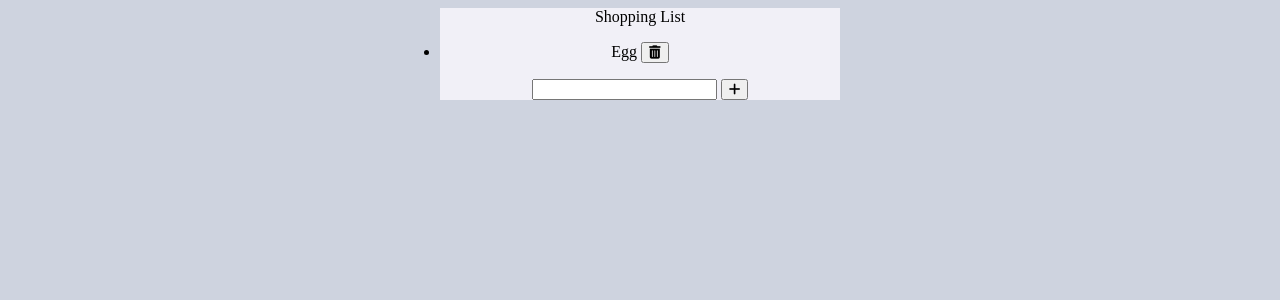
Repository: rumor1993/DreamCoding-Browser101
Page: Chapter05/index.html
These files come from the project's save history. The page is drawn as it stood at one moment and after the next save; the edit follows.
The browser window is 1280 px wide. The pictures show the whole page.
Some web libraries are served in a nearby version.

Above is the page before, as saved 2020-12-30 12:19:06.

After the next save:
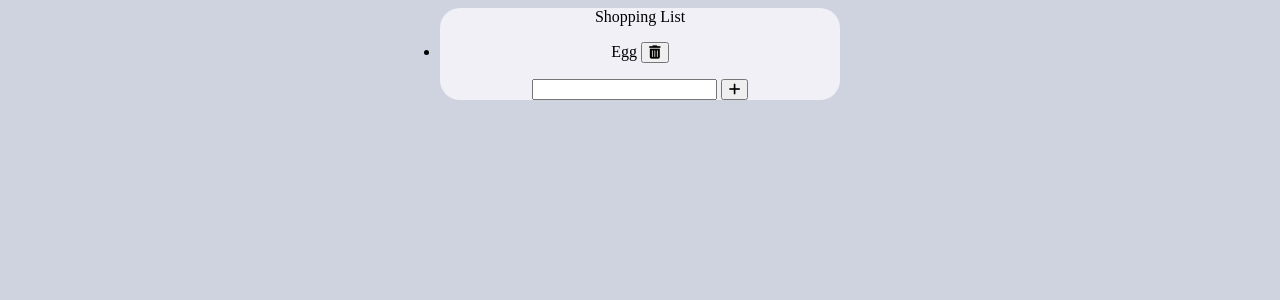
Saved 8 s later.
--- a/Chapter05/style.css
+++ b/Chapter05/style.css
@@ -15,5 +15,5 @@ body {
   width: 400px;
   margin: auto;
   background-color: #f1f0f7;
-  border-redius
+  border-radius: 20px;
 }
